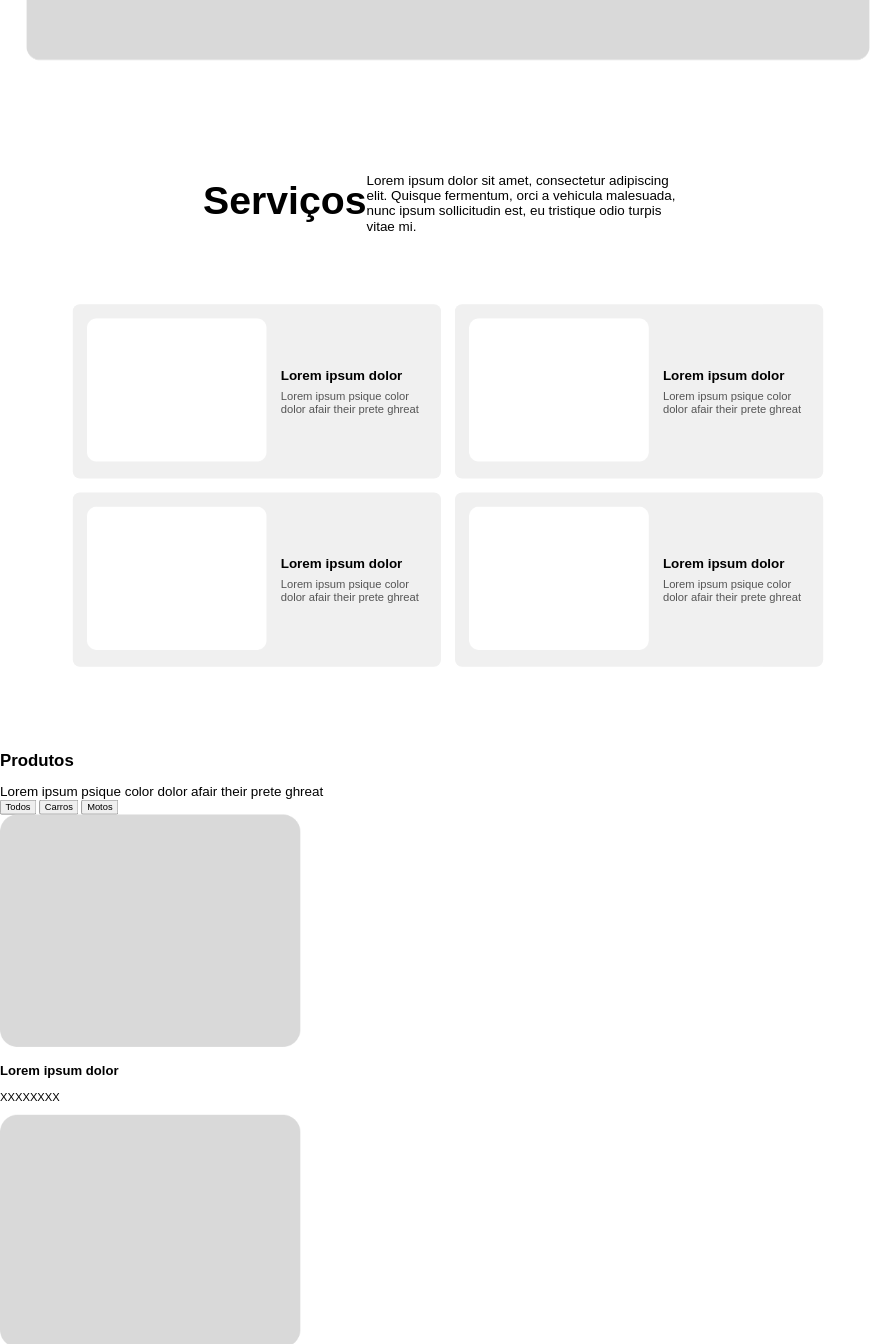
Repository: Matheus904-12/Reforma
Page: index.html
The author's editor kept a copy of each file at every save. The page is drawn from the files as they stood at one save, then again after the next save.
The browser window is 1280 px wide. The pictures show the part of the page from y = 572 to 2492 px (the page is 9465 px tall before and 9443 px after), at 70% of full size.

Above is the page before, as saved 2024-07-31 20:55:31.

### index.html
<!DOCTYPE html>
<html lang="en">
<head>
    <meta charset="UTF-8">
    <meta name="viewport" content="width=device-width, initial-scale=1.0">
    <title>Automobil - Venda de Veículos</title>
    <link rel="stylesheet" href="styles.css">
</head>
<body>
    <header>
        <div class="navbar">
            <div class="logo">AutMobil</div>
            <nav class="nav-links">
                <a href="#home">Início</a>
                <a href="#veiculos">Veículos</a>
                <a href="#contato">Contato</a>
            </nav>
            <button class="btn">
                <span class="btn-text-one">Entrar</span>
                <span class="btn-text-two">Vamos Lá!</span>
            </button>
        </div>
    </header>
    <section class="hero">
        <img src="imagens/Rectangle 1.png" alt="Imagem de Veículos" class="hero-image">
    </section>
    <section class="servicos">
        <div class="servicos-header">
            <h2>Serviços</h2>
            <p class="description">Lorem ipsum dolor sit amet, consectetur adipiscing elit. Quisque fermentum, orci a vehicula malesuada, nunc ipsum sollicitudin est, eu tristique odio turpis vitae mi.</p>
        </div>
        <div class="cards-container">
            <div class="card">
                <div class="card-image"><img src="imagens/Rectangle 9.png" alt="Serviço 1"></div>
                <div class="card-content">
                    <h3>Lorem ipsum dolor</h3>
                    <p>Lorem ipsum psique color dolor afair their prete ghreat</p>
                </div>
            </div>
            <div class="card">
                <div class="card-image"><img src="imagens/Rectangle 9.png" alt="Serviço 2"></div>
                <div class="card-content">
                    <h3>Lorem ipsum dolor</h3>
                    <p>Lorem ipsum psique color dolor afair their prete ghreat</p>
                </div>
            </div>
            <div class="card">
                <div class="card-image"><img src="imagens/Rectangle 9.png" alt="Serviço 3"></div>
                <div class="card-content">
                    <h3>Lorem ipsum dolor</h3>
                    <p>Lorem ipsum psique color dolor afair their prete ghreat</p>
                </div>
            </div>
            <div class="card">
                <div class="card-image"><img src="imagens/Rectangle 9.png" alt="Serviço 4"></div>
                <div class="card-content">
                    <h3>Lorem ipsum dolor</h3>
                    <p>Lorem ipsum psique color dolor afair their prete ghreat</p>
                </div>
            </div>
        </div>
    </section>
    <section class="produtos">
        <div class="produtos-header">
            <h2>Produtos</h2>
            <p class="description">Lorem ipsum psique color dolor afair their prete ghreat</p>
        </div>
        <div class="filtros">
            <button class="filtro" data-filter="all">Todos</button>
            <button class="filtro" data-filter="carros">Carros</button>
            <button class="filtro" data-filter="motos">Motos</button>
        </div>
        <div class="produtos-container">
            <div class="carrossel all">
                <!-- Card de exemplo para produtos -->
                <div class="produto-card">
                    <div class="produto-image"><img src="imagens/Rectangle 11.png" alt="Produto 1"></div>
                    <div class="produto-content">
                        <h3>Lorem ipsum dolor</h3>
                        <p>XXXXXXXX</p>
                    </div>
                </div>
                <div class="produto-card">
                    <div class="produto-image"><img src="imagens/Rectangle 11.png" alt="Produto 1"></div>
                    <div class="produto-content">
                        <h3>Lorem ipsum dolor</h3>
                        <p>XXXXXXXX</p>
                    </div>
                </div>
                <div class="produto-card">
                    <div class="produto-image"><img src="imagens/Rectangle 11.png" alt="Produto 1"></div>
                    <div class="produto-content">
                        <h3>Lorem ipsum dolor</h3>
                        <p>XXXXXXXX</p>
                    </div>
                </div>
                <div class="produto-card">
                    <div class="produto-image"><img src="imagens/Rectangle 11.png" alt="Produto 1"></div>
                    <div class="produto-content">
                        <h3>Lorem ipsum dolor</h3>
                        <p>XXXXXXXX</p>
                    </div>
                </div>
                <div class="produto-card">
                    <div class="produto-image"><img src="imagens/Rectangle 11.png" alt="Produto 1"></div>
                    <div class="produto-content">
                        <h3>Lorem ipsum dolor</h3>
                        <p>XXXXXXXX</p>
                    </div>
                </div>
                <div class="produto-card">
                    <div class="produto-image"><img src="imagens/Rectangle 11.png" alt="Produto 1"></div>
                    <div class="produto-content">
                        <h3>Lorem ipsum dolor</h3>
                        <p>XXXXXXXX</p>
                    </div>
                </div>
            </div>
            <div class="carrossel carros">
                <!-- Card de exemplo para carros -->
                <div class="produto-card">
                    <div class="produto-image"><img src="imagens/Rectangle 11.png" alt="Carro 1"></div>
                    <div class="produto-content">
                        <h3>Lorem ipsum dolor</h3>
                        <p>XXXXXXXX</p>
                    </div>
                </div>
                <div class="produto-card">
                    <div class="produto-image"><img src="imagens/Rectangle 11.png" alt="Carro 1"></div>
                    <div class="produto-content">
                        <h3>Lorem ipsum dolor</h3>
                        <p>XXXXXXXX</p>
                    </div>
                </div>
                <div class="produto-card">
                    <div class="produto-image"><img src="imagens/Rectangle 11.png" alt="Carro 1"></div>
                    <div class="produto-content">
                        <h3>Lorem ipsum dolor</h3>
                        <p>XXXXXXXX</p>
                    </div>
                </div>
                <div class="produto-card">
                    <div class="produto-image"><img src="imagens/Rectangle 11.png" alt="Carro 1"></div>
                    <div class="produto-content">
                        <h3>Lorem ipsum dolor</h3>
                        <p>XXXXXXXX</p>
                    </div>
                </div>
                <div class="produto-card">
                    <div class="produto-image"><img src="imagens/Rectangle 11.png" alt="Carro 1"></div>
                    <div class="produto-content">
                        <h3>Lorem ipsum dolor</h3>
                        <p>XXXXXXXX</p>
                    </div>
                </div>
                <div class="produto-card">
                    <div class="produto-image"><img src="imagens/Rectangle 11.png" alt="Carro 1"></div>
                    <div class="produto-content">
                        <h3>Lorem ipsum dolor</h3>
                        <p>XXXXXXXX</p>
                    </div>
                </div>
            </div>
            <div class="carrossel motos">
                <!-- Card de exemplo para motos -->
                <div class="produto-card">
                    <div class="produto-image"><img src="imagens/Rectangle 11.png" alt="Moto 1"></div>
                    <div class="produto-content">
                        <h3>Lorem ipsum dolor</h3>
                        <p>XXXXXXXX</p>
                    </div>
                </div>
                <div class="produto-card">
                    <div class="produto-image"><img src="imagens/Rectangle 11.png" alt="Moto 1"></div>
                    <div class="produto-content">
                        <h3>Lorem ipsum dolor</h3>
                        <p>XXXXXXXX</p>
                    </div>
                </div>
                <div class="produto-card">
                    <div class="produto-image"><img src="imagens/Rectangle 11.png" alt="Moto 1"></div>
                    <div class="produto-content">
                        <h3>Lorem ipsum dolor</h3>
                        <p>XXXXXXXX</p>
                    </div>
                </div>
                <div class="produto-card">
                    <div class="produto-image"><img src="imagens/Rectangle 11.png" alt="Moto 1"></div>
                    <div class="produto-content">
                        <h3>Lorem ipsum dolor</h3>
                        <p>XXXXXXXX</p>
                    </div>
                </div>
                <div class="produto-card">
                    <div class="produto-image"><img src="imagens/Rectangle 11.png" alt="Moto 1"></div>
                    <div class="produto-content">
                        <h3>Lorem ipsum dolor</h3>
                        <p>XXXXXXXX</p>
                    </div>
                </div>
                <div class="produto-card">
                    <div class="produto-image"><img src="imagens/Rectangle 11.png" alt="Moto 1"></div>
                    <div class="produto-content">
                        <h3>Lorem ipsum dolor</h3>
                        <p>XXXXXXXX</p>
                    </div>
                </div>
            </div>
        </div>
    </section>
</body>
</html>

### styles.css
body {
    margin: 0;
    font-family: Arial, sans-serif;
}

header {
    position: relative;
    width: 100%;
}

.navbar {
    display: flex;
    justify-content: center;
    align-items: center;
    padding: 20px 50px;
    background: rgba(255, 255, 255, 0.5);
    border-radius: 25px;
    backdrop-filter: blur(10px);
    transition: all 0.3s ease-in-out;
    margin: 20px 50px;
    position: relative;
}

.navbar.scrolled {
    background: rgba(255, 255, 255, 0.8);
    backdrop-filter: blur(15px);
}

.logo {
    position: absolute;
    left: 50px;
    font-size: 1.5em;
    color: #333;
    font-weight: bold;
}

.nav-links {
    list-style: none;
    display: flex;
    gap: 20px;
}

.nav-links a {
    text-decoration: none;
    color: #333;
    padding: 10px 15px;
    border-radius: 15px;
    transition: background 0.3s, color 0.3s;
}

.nav-links a:hover {
    background: #333;
    color: #fff;
}

.btn {
    width: 140px;
    height: 50px;
    background: linear-gradient(to top, #000000, #272727, #6d6d6d);
    color: #fff;
    border-radius: 50px;
    border: none;
    outline: none;
    cursor: pointer;
    position: relative;
    box-shadow: 0 15px 30px rgba(0, 0, 0, 0.2);
    overflow: hidden;
    position: absolute;
    right: 50px;
    text-decoration: none; /* Para remover o sublinhado do link */
    display: flex;
    justify-content: center;
    align-items: center;
}

.btn span {
    font-size: 12px;
    text-transform: uppercase;
    letter-spacing: 1px;
    transition: top 0.5s;
}

.btn-text-one {
    position: absolute;
    width: 100%;
    top: 50%;
    left: 0;
    transform: translateY(-50%);
}

.btn-text-two {
    position: absolute;
    width: 100%;
    top: 150%;
    left: 0;
    transform: translateY(-50%);
}

.btn:hover .btn-text-one {
    top: -100%;
}

.btn:hover .btn-text-two {
    top: 50%;
}

.btn:active {
    transform: translateY(1px); /* Efeito de afundar ao clicar */
}

.hero {
    position: relative;
    width: 100%;
    height: 600px; /* Ajuste a altura conforme necessário */
    overflow: hidden;
    display: flex;
    justify-content: center;
    align-items: center;
}

.hero-image {
    width: 94%;
    height: auto;
    object-fit: cover;
}

.servicos {
    padding: 100px;
}

.servicos-header {
    display: flex;
    justify-content: space-between;
    align-items: center;
    margin-bottom: 100px;
}

.servicos h2 {
    font-size: 3.5em;
    margin: 0 0 10px 0; /* Ajuste a margem inferior para aproximar do parágrafo */
    margin-left: 190px;
}

.description {
    font-size: 1.2em;
    max-width: 600px;
    margin: 0;
    margin-right: 190px;
}

.cards-container {
    display: flex;
    flex-wrap: wrap;
    justify-content: center;
    gap: 20px;
}

.card {
    display: flex;
    align-items: center;
    background-color: #f0f0f0;
    padding: 20px;
    border-radius: 10px;
    width: 45%;
}

.card-image img {
    width: 257px;
    height: 205px;
    border-radius: 10px;
    margin-right: 20px;
}

.card-content {
    text-align: left;
}

.card-content h3 {
    margin: 0 0 10px 0;
    font-size: 1.2em;
}

.card-content p {
    margin: 0;
    color: #555;
}

After the next save:
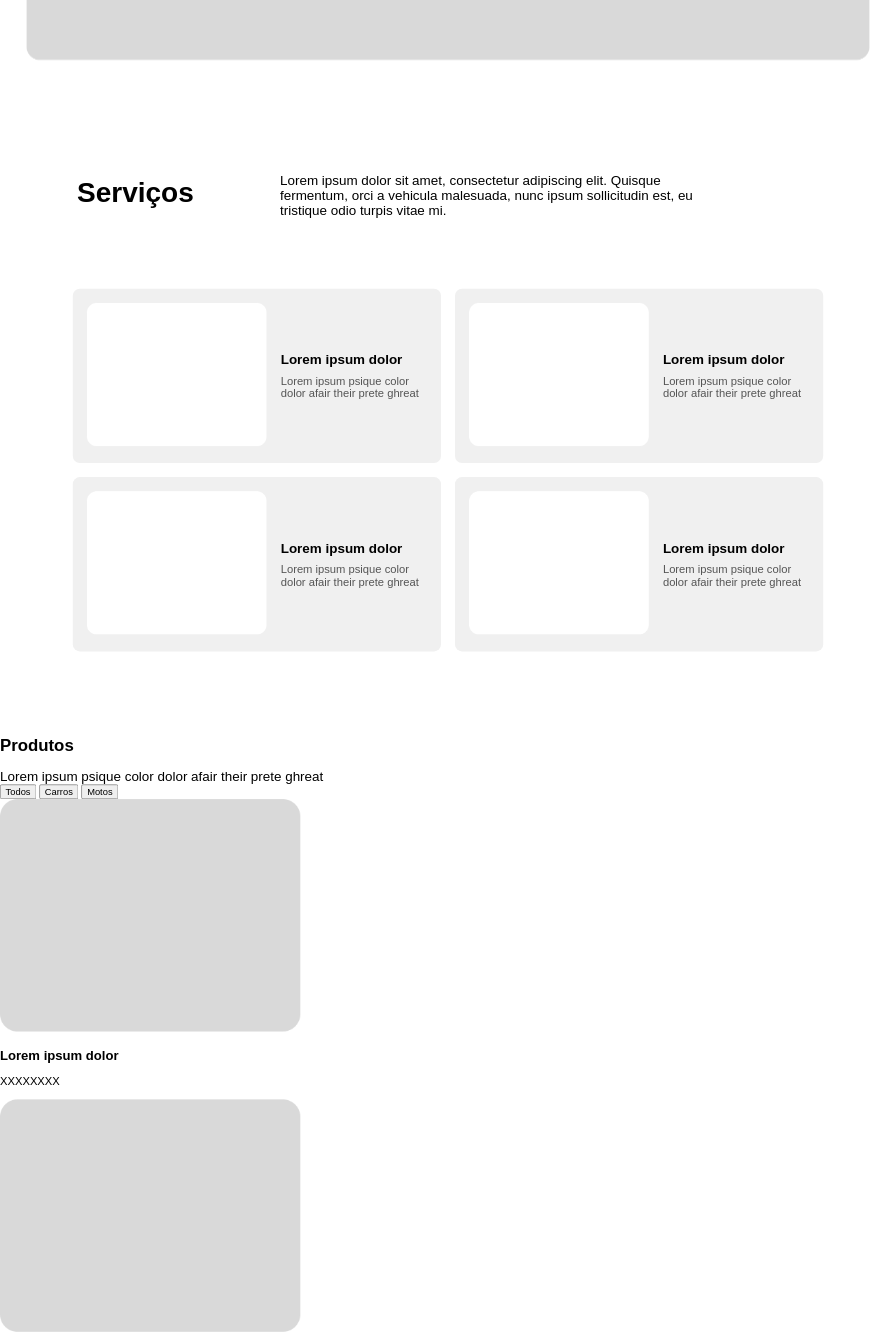
Saved 21 s later.
--- a/styles.css
+++ b/styles.css
@@ -136,16 +136,16 @@ header {
 }
 
 .servicos h2 {
-    font-size: 3.5em;
+    font-size: 2.5em;
     margin: 0 0 10px 0; /* Ajuste a margem inferior para aproximar do parágrafo */
-    margin-left: 190px;
+    margin-left: 10px;
 }
 
 .description {
     font-size: 1.2em;
     max-width: 600px;
     margin: 0;
-    margin-right: 190px;
+    margin-right: 180px;
 }
 
 .cards-container {
